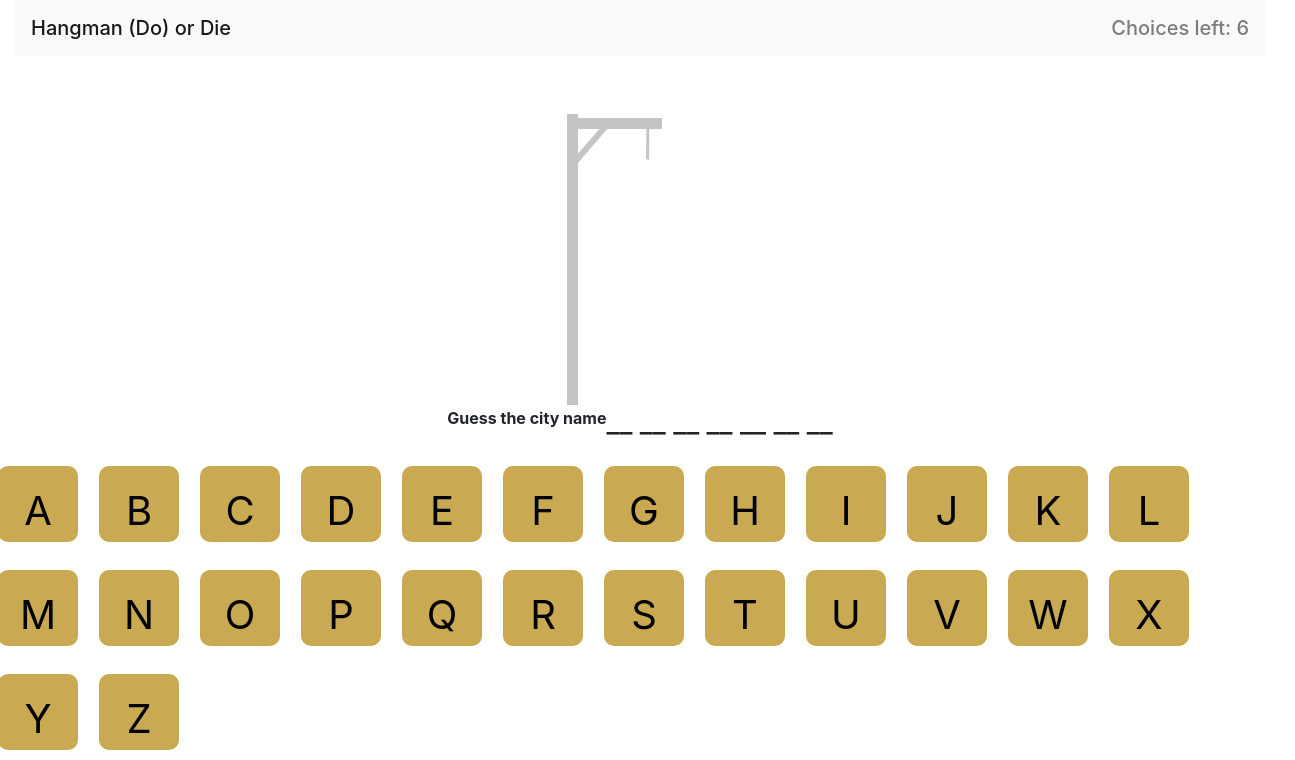
Repository: jatinhchanchlani/hangman
Page: /
These files come from the project's save history. The page is drawn as it stood at one moment and after the next save; the edit follows.
The browser window is 1280 px wide. The page is 1295 px wide, so the pictures cover 1295 px, including what lies to the right of the window. The pictures show the whole page.
The project was rebuilt for these pictures with package versions that can differ from the ones it lists, and the page was loaded fresh each time. Also part of the build but not shown: src/App.css, src/components/reset.jsx.

Above is the page before, as saved 2020-10-25 12:42:02.

After the next save:
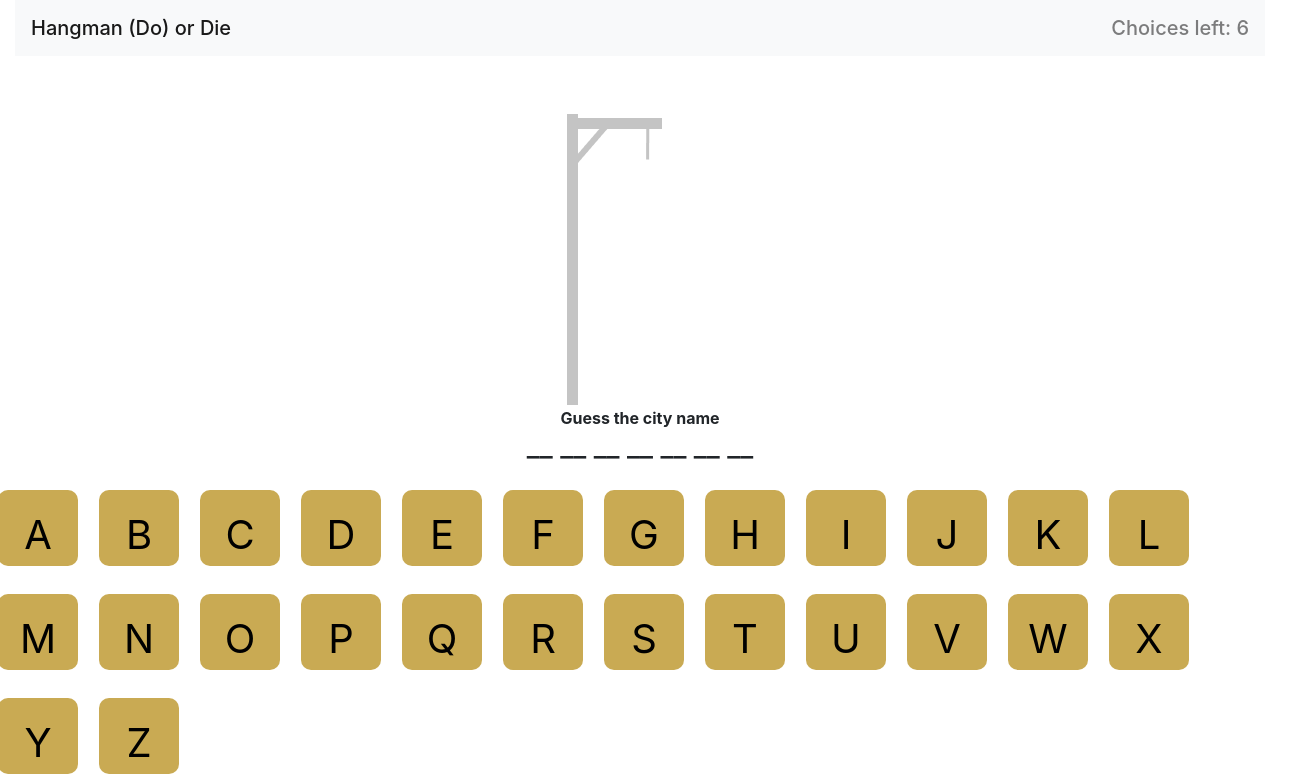
Saved 20 s later.
--- a/src/components/game.jsx
+++ b/src/components/game.jsx
@@ -29,7 +29,10 @@
         </div>
 
         <div className="row d-flex justify-content-center">
-          <b>Guess the city name</b>
+          <b>Guess the city name </b>
+        </div>
+
+        <div className="row d-flex justify-content-center">
           <CityLetters cityCharacters={this.state.cityCharacters} />
         </div>
 

After the save that followed:
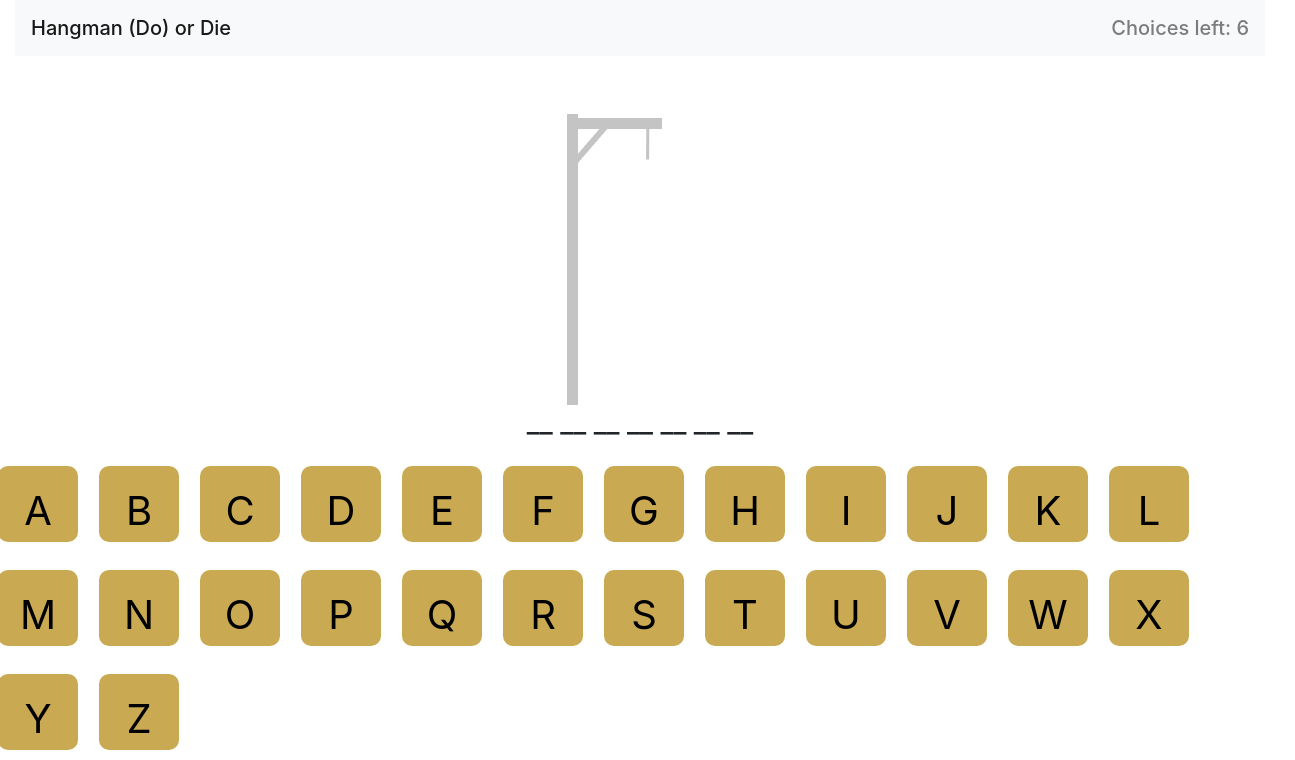
Saved 6 s later.
--- a/src/components/game.jsx
+++ b/src/components/game.jsx
@@ -28,9 +28,7 @@
           />
         </div>
 
-        <div className="row d-flex justify-content-center">
-          <b>Guess the city name </b>
-        </div>
+        <div className="row d-flex justify-content-center"></div>
 
         <div className="row d-flex justify-content-center">
           <CityLetters cityCharacters={this.state.cityCharacters} />
